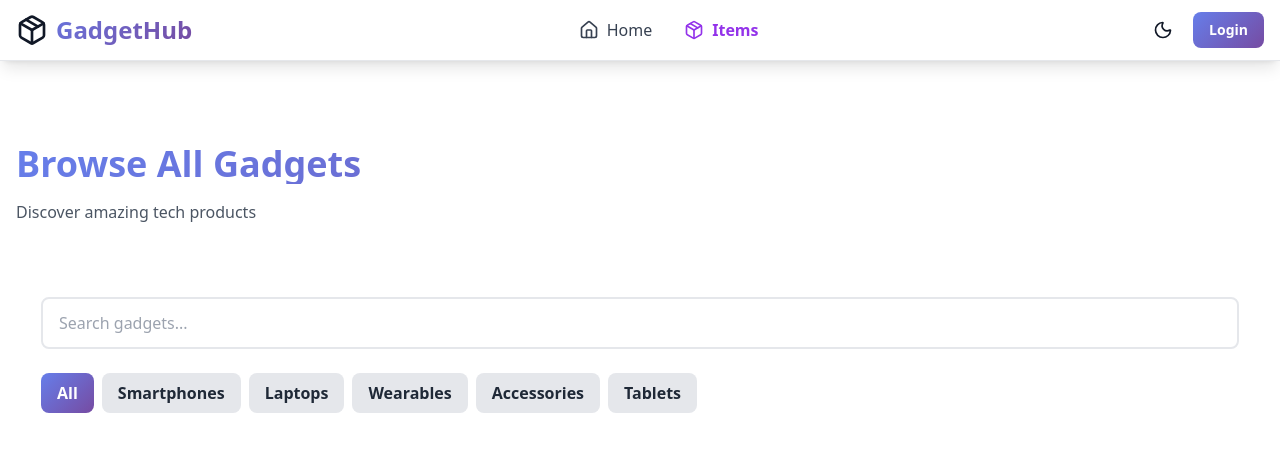
Repository: rajes124/Gadget-Next-js
Page: /items
These files come from the project's save history. The page is drawn as it stood at one moment and after the next save; the edit follows.
The browser window is 1280 px wide. The pictures show the part of the page from y = 0 to 471 px (the page is 1783 px tall).
Pictures or frames that could not be fetched are drawn as grey boxes. The page's requests for data from a server got no answer. The project was rebuilt for these pictures with package versions that can differ from the ones it lists, and the page was loaded fresh each time. The framework's server and built-in components were replaced by stand-ins that run in the browser. No one was signed in, and anything a server would have sent is missing. Also part of the build but not shown: next.config.js.

Above is the page before, as saved 2026-01-18 12:48:50.

After the next save:
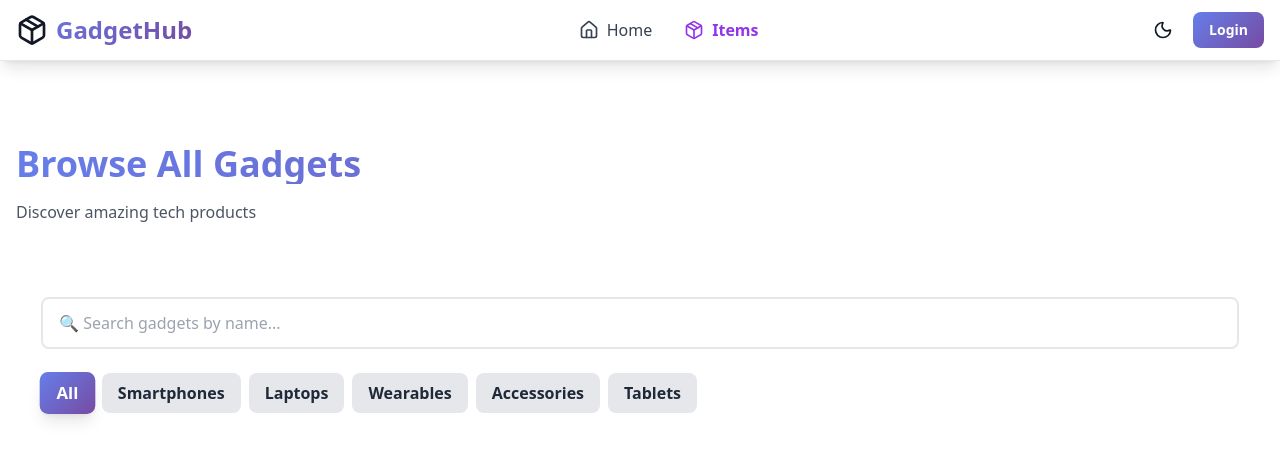
Saved 10 s later.
--- a/app/items/page.tsx
+++ b/app/items/page.tsx
@@ -131,23 +131,33 @@
           <p className="text-gray-600 dark:text-gray-400">Discover amazing tech products</p>
         </div>
 
-        <div className="glass-effect p-6 rounded-2xl mb-8">
-          <input
-            type="text"
-            placeholder="Search gadgets..."
-            value={searchTerm}
-            onChange={(e) => setSearchTerm(e.target.value)}
-            className="w-full px-4 py-3 rounded-lg border-2 border-gray-200 dark:border-gray-700 dark:bg-slate-800 focus:border-purple-500 focus:outline-none transition mb-6"
-          />
+        <div className="glass-effect p-6 rounded-2xl mb-8 animate-fade-in">
+          <div className="relative mb-6">
+            <input
+              type="text"
+              placeholder="🔍 Search gadgets by name..."
+              value={searchTerm}
+              onChange={(e) => setSearchTerm(e.target.value)}
+              className="w-full px-4 py-3 rounded-lg border-2 border-gray-200 dark:border-gray-700 dark:bg-slate-800 focus:border-purple-500 focus:outline-none transition"
+            />
+            {searchTerm && (
+              <button
+                onClick={() => setSearchTerm('')}
+                className="absolute right-3 top-3 text-gray-500 hover:text-gray-700 dark:hover:text-gray-300"
+              >
+                ✕
+              </button>
+            )}
+          </div>
 
           <div className="flex gap-2 flex-wrap">
             {categories.map((cat) => (
               <button
                 key={cat}
                 onClick={() => setSelectedCategory(cat)}
-                className={`px-4 py-2 rounded-lg font-semibold transition ${
+                className={`px-4 py-2 rounded-lg font-semibold transition-all duration-300 transform hover:scale-105 ${
                   selectedCategory === cat
-                    ? 'gradient-btn text-white'
+                    ? 'gradient-btn text-white shadow-lg scale-105'
                     : 'bg-gray-200 dark:bg-gray-700 text-gray-800 dark:text-white hover:bg-gray-300 dark:hover:bg-gray-600'
                 }`}
               >
